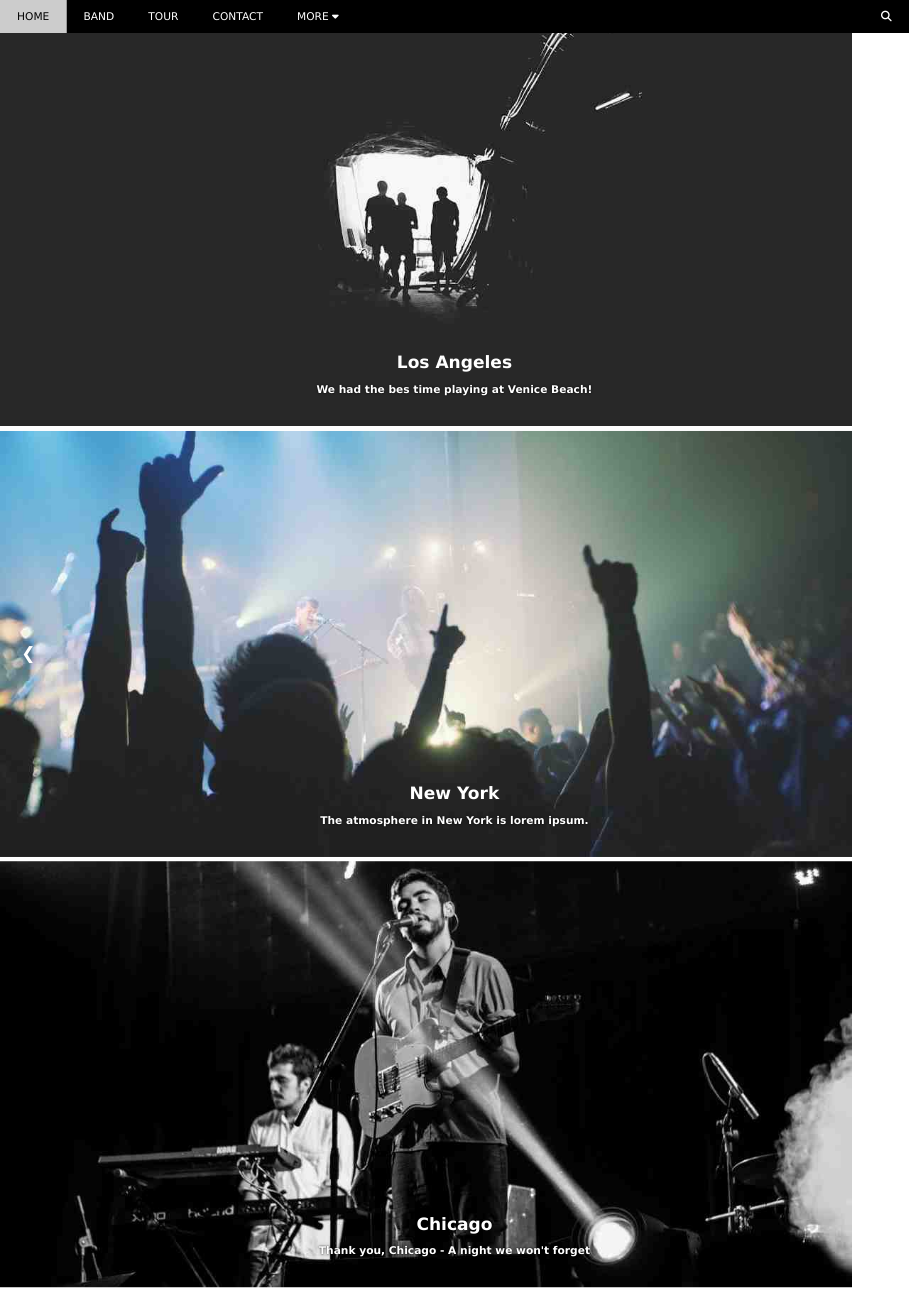
Repository: tam1512/The-Band
Page: index.html
These files come from the project's save history. The page is drawn as it stood at one moment and after the next save; the edit follows.
The browser window is 1280 px wide. The pictures show the whole page, at 71% of full size.
Some web libraries are served in a nearby version.

Above is the page before, as saved 2022-07-23 09:28:36.

### index.html
<!DOCTYPE html>
<html lang="en">
  <head>
    <meta charset="UTF-8" />
    <meta http-equiv="X-UA-Compatible" content="IE=edge" />
    <meta name="viewport" content="width=device-width, initial-scale=1.0" />
    <link
      rel="stylesheet"
      href="https://cdnjs.cloudflare.com/ajax/libs/font-awesome/6.1.1/css/all.min.css"
      integrity="sha512-KfkfwYDsLkIlwQp6LFnl8zNdLGxu9YAA1QvwINks4PhcElQSvqcyVLLD9aMhXd13uQjoXtEKNosOWaZqXgel0g=="
      crossorigin="anonymous"
      referrerpolicy="no-referrer"
    />
    <link rel="stylesheet" href="./assets/css/style.css" />
    <title>The Band</title>
  </head>
  <body>
    <div class="container">
      <div class="header" id="home">
        <ul class="header_nav">
          <li><a href="#home">HOME</a></li>
          <li><a href="#band">BAND</a></li>
          <li><a href="#tour">TOUR</a></li>
          <li><a href="#contact">CONTACT</a></li>
          <li class="header_nav_dropdown">
            <a href="javascript:void(0)" class="dropbtn">
              MORE
              <i class="fa-solid fa-caret-down"></i>
            </a>
            <div class="dropdown-content">
              <a href="#">Merchandise</a>
              <a href="#">Extras</a>
              <a href="#">Media</a>
            </div>
          </li>
        </ul>
        <div id="header_search">
          <i class="fa-solid fa-magnifying-glass color-white"></i>
        </div>
      </div>
      <!-- Slideshow container -->
      <div class="slider">
        <!-- Full-width image with caption text -->
        <div class="slider_slides-content">
          <div class="slider_slide">
            <img src="assets/img/la.jpg" alt="Los Angeles" />
            <div class="text padding-32-16 color-white">
              <h3 class="fz-24 margin-10">Los Angeles</h3>
              <p class="margin-15">
                <b class="text-shadow">We had the bes time playing at Venice Beach!</b>
              </p>
            </div>
          </div>

          <div class="slider_slide">
            <img src="assets/img/ny.jpg" alt="New York" />
            <div class="text padding-32-16 color-white">
              <h3 class="fz-24 margin-10">New York</h3>
              <p class="margin-15">
                <b class="text-shadow">The atmosphere in New York is lorem ipsum.</b>
              </p>
            </div>
          </div>

          <div class="slider_slide">
            <img src="assets/img/chicago.jpg" alt="Chicago" />
            <div class="text padding-32-16 color-white">
              <h3 class="fz-24 margin-10">Chicago</h3>
              <p class="margin-15">
                <b class="text-shadow">Thank you, Chicago - A night we won't forget</b>
              </p>
            </div>
          </div>
        </div>

        <!-- Next and previous buttons -->
        <a class="prev">&#10094</a>
        <a class="next">&#10095</a>

       <!-- The dots/circles -->
        <div class="dots"></div>
        </div>
      </div>
      <br>


    </div>

    <script src="assets/js/js.js"></script>
  </body>
</html>

### assets/css/style.css
:root {
}

* {
  padding: 0;
  margin: 0;
  box-sizing: border-box;
}

body {
  font-family: Verdana, sans-serif;
  font-size: 15px;
  line-height: 22.5px;
}

.fz-24 {
  font-size: 24px;
}

.fz-30 {
  font-size: 30px;
}

.color-white {
  color: white;
}

.padding-64-16 {
  padding: 64px 16px !important;
}

.padding-32-16 {
  padding: 32px 16px !important;
}

.margin-0-24 {
  margin: 0 24px !important;
}

.margin-10 {
  margin: 10px 0 !important;
}

.margin-15 {
  margin: 15px 0 !important;
}

.text-shadow {
  text-shadow: 0 0 3px #000;
}

.header {
  position: fixed;
  top: 0;
  right: 0;
  left: 0;
  z-index: 2;
}

.header_nav {
  list-style-type: none;
  background-color: #000;
  overflow: hidden;
}

.header_nav > li {
  float: left;
}

.header_nav > li > a,
.dropbtn {
  display: inline-block;
  padding: 12px 24px;
  text-align: center;
  color: #fff;
  text-decoration: none;
}

.header_nav > li > a:hover,
.header_nav_dropdown:hover,
.dropbtn:hover,
.dropdown-content a:hover {
  background-color: #ccc;
  color: black;
}

li.header_nav_dropdown {
  display: inline-block;
  /* position: relative; */
}

.dropdown-content {
  display: none;
  position: absolute;
  min-width: 160px;
  background-color: #fff;
  box-shadow: 0px 8px 16px 0px rgba(0, 0, 0, 0.2);
  z-index: 1;
}

.dropdown-content a {
  color: #000 !important;
  text-align: left;
  padding: 8px 16px;
  display: block;
  text-decoration: none;
}

.header_nav_dropdown:hover .dropdown-content {
  display: block;
}

#header_search {
  position: absolute;
  top: 0;
  right: 0;
  padding: 12px 24px;
}

#header_search:hover {
  background-color: #f44336;
}

/* Slider */
/* Slideshow container */
.slider {
  max-width: 100%;
  height: auto;
  position: relative;
  /* top: 47px; */
  margin: auto;
}

/* Hide the images by default */
.mySlides {
  display: none;
}

.mySlides:first-child {
  display: block;
}

.mySlides img {
  width: 100%;
  height: 100%;
}

/* Next & previous buttons */
.prev,
.next {
  cursor: pointer;
  position: absolute;
  top: 50%;
  transform: translate(0, -50%);
  margin: 10px;
  padding: 24px 20px;
  color: #fff;
  font-weight: bold;
  font-size: 24px;
  transition: background-color 0.6s ease;
  border-radius: 5px 5px 5px 5px;
  user-select: none;
}

/* Position the "next button" to the right */
.next {
  right: 0;
  border-radius: 5px 5px 5px 5px;
}

/* On hover, add a black backgroound color with a little bit see-through */
.prev:hover,
.next:hover {
  background-color: rgba(191, 191, 191, 0.6);
  color: rgb(26, 23, 23);
  font-weight: bolder;
}

/* Caption text */
.text {
  position: absolute;
  left: 50%;
  transform: translate(-50%, -100%);
  text-align: center;
}

.dots {
  position: absolute;
  left: 50%;
  transform: translate(-50%, -120%);
}

.dot {
  cursor: pointer;
  padding: 6px;
  background-color: transparent;
  display: inline-block;
  transition: background-color 0.6s ease;
}

.dot::before {
  content: "";
  display: inline-block;
  height: 15px;
  width: 15px;
  border-radius: 50%;
  background-color: #717171;
}
.dot.active::before,
.dot:hover::before {
  background-color: #bbb;
}

/* Fading animation */
/* .fade {
  animation-name: fade;
  animation-duration: 1.5s;
}

@keyframes fade {
  from {
    opacity: 0.4;
  }
  to {
    opacity: 1;
  }
} */

### assets/js/js.js
let currentSlide = 0;
let newIndex = 0;
let autoplay = true;

let slideElements = document.getElementsByClassName("mySlides");
let paginationElement = document.getElementsByClassName("dots")[0];
let prevElement = document.getElementsByClassName("prev")[0];
let nextElement = document.getElementsByClassName("next")[0];

After the next save:
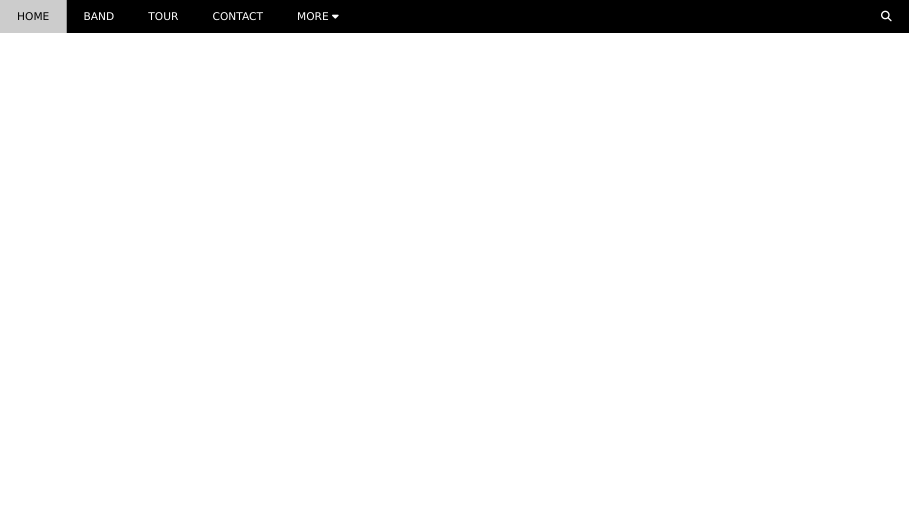
Saved 9 s later.
--- a/assets/css/style.css
+++ b/assets/css/style.css
@@ -132,7 +132,7 @@ li.header_nav_dropdown {
 }
 
 /* Hide the images by default */
-.mySlides {
+.slider_slide {
   display: none;
 }
 
